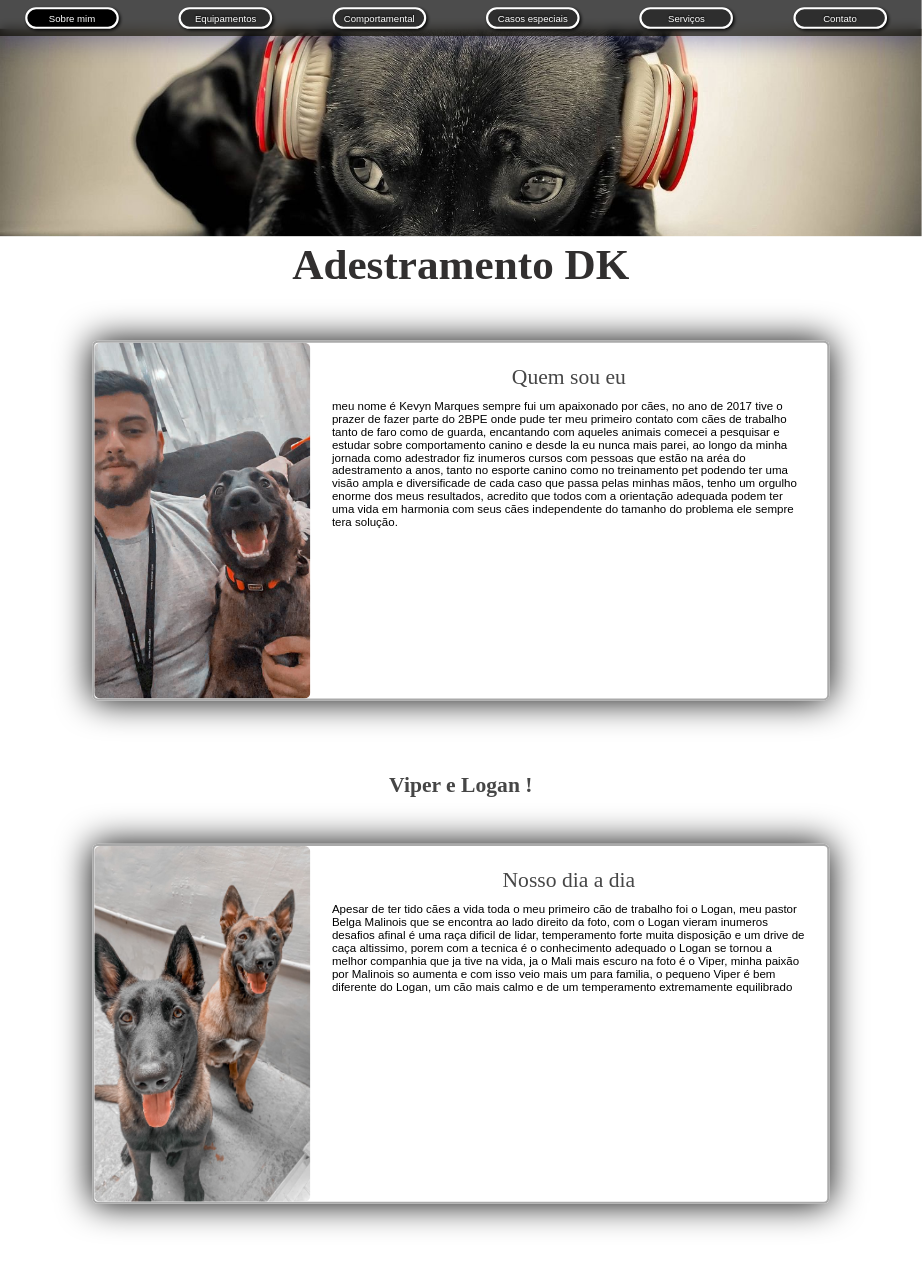
Repository: KevynMarques/Blog-React-StyledComponent
Page: /
An editor plug-in stored every save of this project. The page is shown before and after a run of saves, followed by the edit.
The browser window is 1280 px wide. The pictures show the whole page, at 72% of full size.
The project was rebuilt for these pictures with package versions that can differ from the ones it lists, and the page was loaded fresh each time. Also part of the build but not shown: src/Components/Equipamentos/index.jsx, src/Components/Comportamental/index.jsx, src/Components/Clientes/index.jsx, src/Components/Serviços/index.jsx, src/Components/Contato/index.jsx.

Above is the page before, as saved 2022-02-21 13:51:57.

After the next 2 saves:
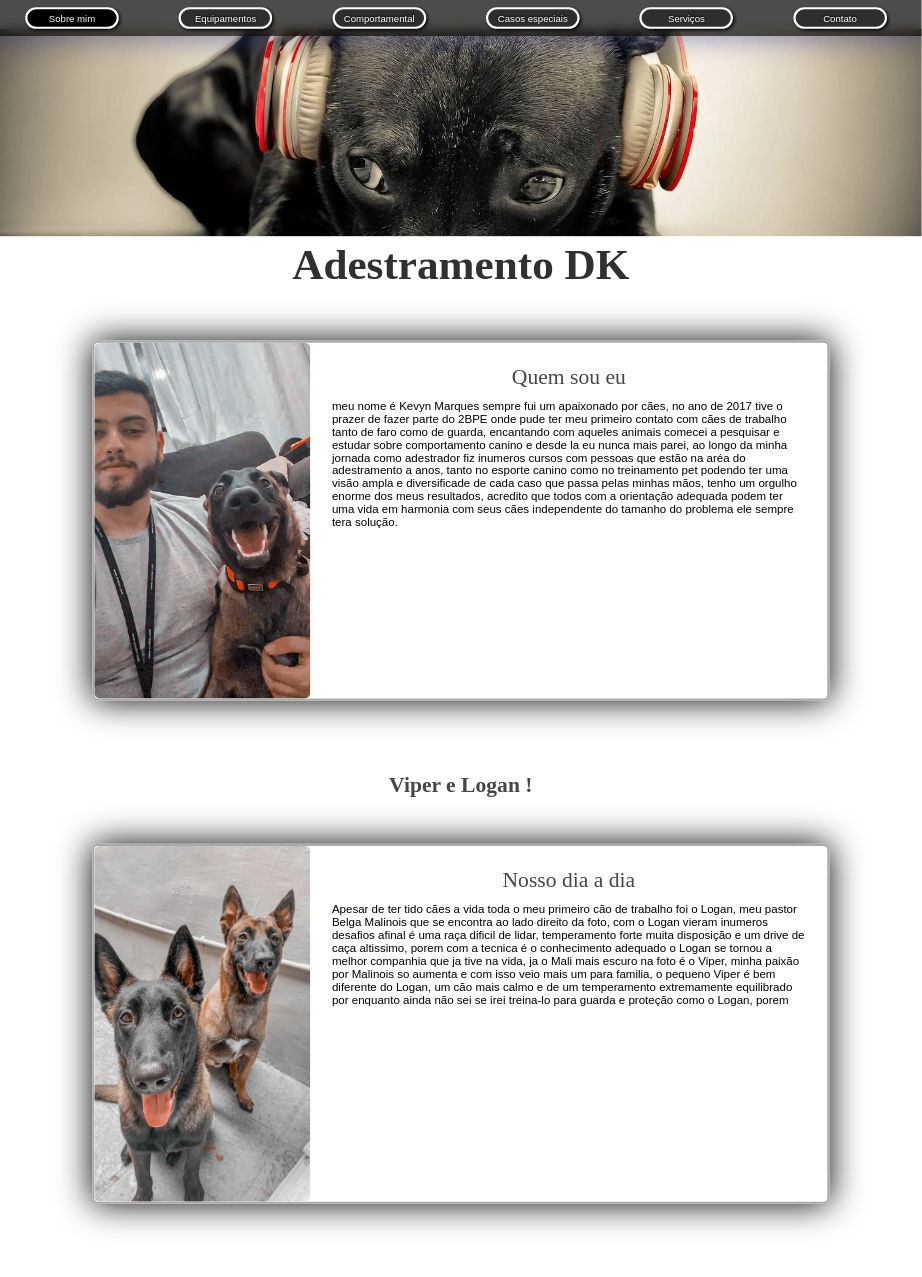
The 2 saves are shown as one change because they came seconds apart.
The last was saved 47 s later.
--- a/src/Components/Sobre/index.jsx
+++ b/src/Components/Sobre/index.jsx
@@ -42,7 +42,7 @@ export default () => {
        </ContainerIMG>
        <Info>
        <TitleInfo>Nosso dia a dia</TitleInfo>
-       Apesar de ter tido cães a vida toda o meu primeiro cão de trabalho foi o Logan, meu pastor Belga Malinois que se encontra ao lado direito da foto, com o Logan vieram inumeros desafios afinal é uma raça dificil de lidar, temperamento forte muita disposição e um drive de caça altissimo, porem com a tecnica é o conhecimento adequado o Logan se tornou a melhor companhia que ja tive na vida, ja o Mali mais escuro na foto é o Viper, minha paixão por Malinois so aumenta e com isso veio mais um para familia, o pequeno Viper é bem diferente do Logan, um cão mais calmo e de um temperamento extremamente equilibrado
+       Apesar de ter tido cães a vida toda o meu primeiro cão de trabalho foi o Logan, meu pastor Belga Malinois que se encontra ao lado direito da foto, com o Logan vieram inumeros desafios afinal é uma raça dificil de lidar, temperamento forte muita disposição e um drive de caça altissimo, porem com a tecnica é o conhecimento adequado o Logan se tornou a melhor companhia que ja tive na vida, ja o Mali mais escuro na foto é o Viper, minha paixão por Malinois so aumenta e com isso veio mais um para familia, o pequeno Viper é bem diferente do Logan, um cão mais calmo e de um temperamento extremamente equilibrado por enquanto ainda não sei se irei treina-lo para guarda e proteção como o Logan, porem
        </Info>
       </ContainerBox>
 </>
